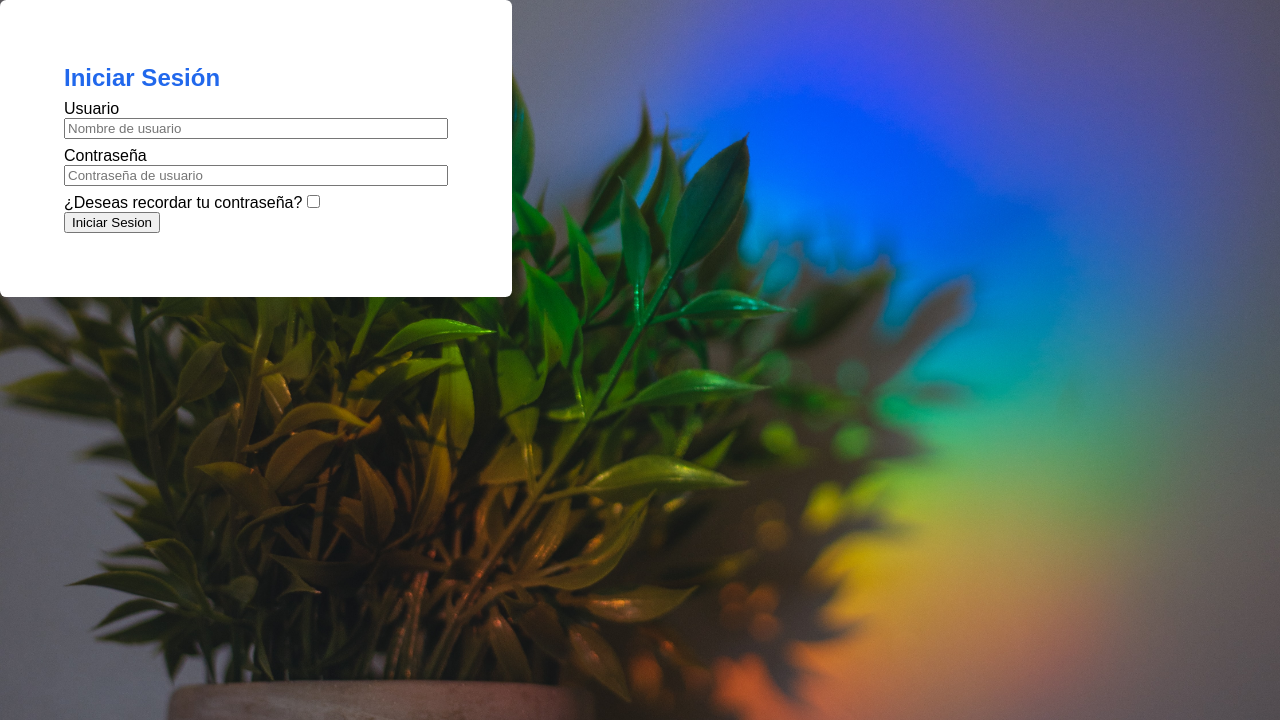
Repository: TzMichaelYT/ModuloHTMLCSS
Page: formularioHTML/index.html
An editor plug-in stored every save of this project. The page is shown before and after the next save, followed by the edit.
The browser window is 1280 px wide. The pictures show the whole page.

Above is the page before, as saved 2021-07-14 20:33:06.

After the next save:
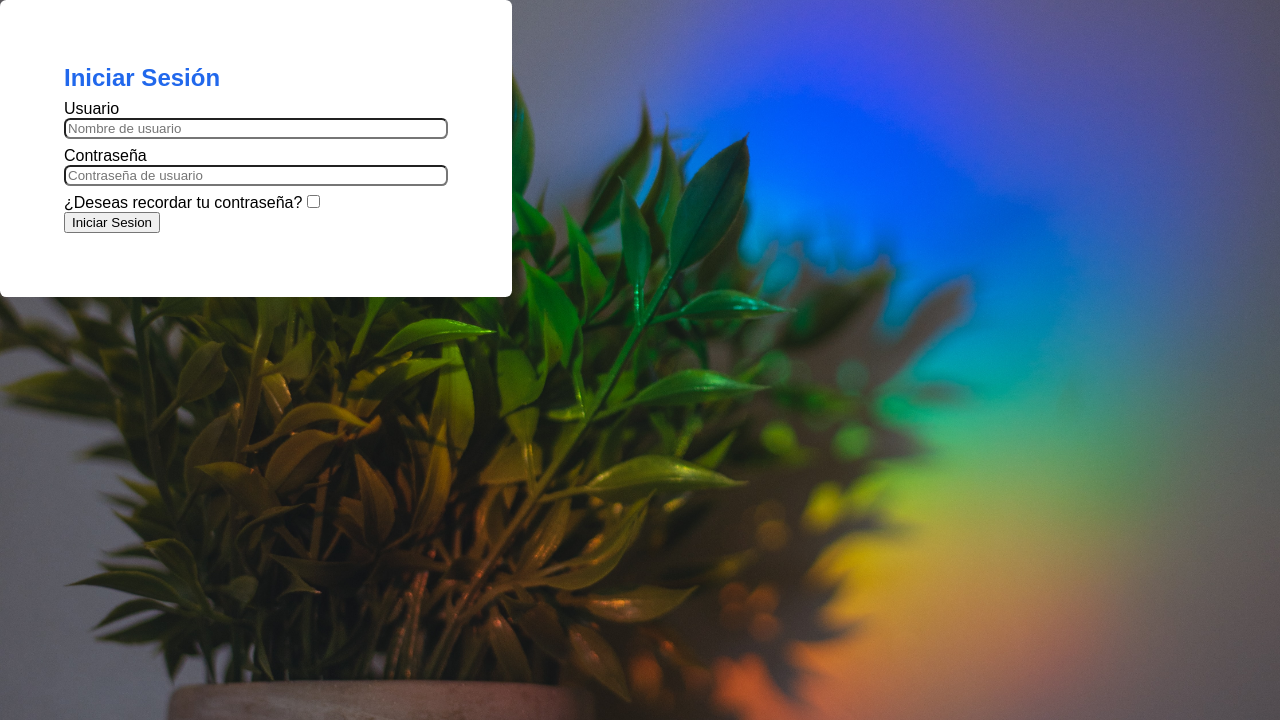
Saved 3 min 15 s later.
--- a/formularioHTML/styles/styles.css
+++ b/formularioHTML/styles/styles.css
@@ -38,6 +38,10 @@
     flex-direction: column;
 }
 
+.input-container input {
+    border-radius: 0.4rem;
+}
+
 .checkbox-container {
     margin-top: 0.5rem;
 }
